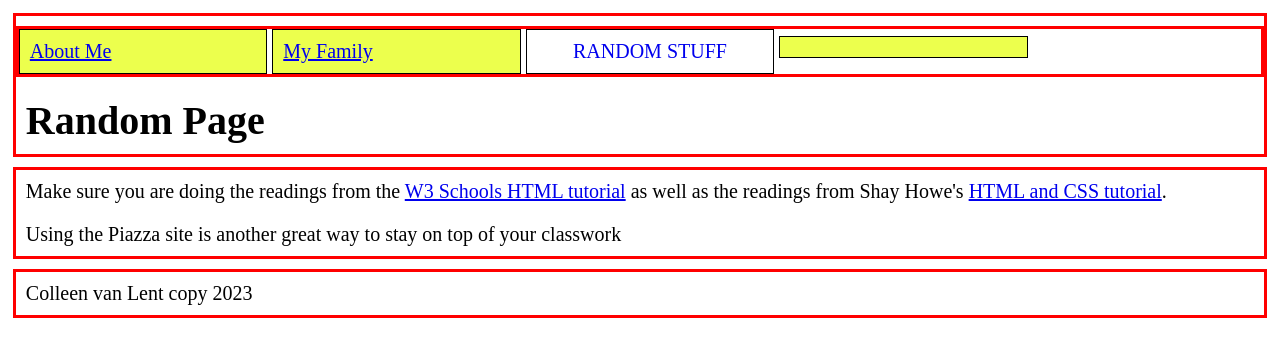
Repository: lulyany/hw1-2023
Page: random.html
The author's editor kept a copy of each file at every save. The page is drawn from the files as they stood at one save, then again after a run of saves.
The browser window is 1280 px wide. The pictures show the whole page.

Above is the page before, as saved 2023-09-04 20:56:25.

### random.html
<!DOCTYPE html>
<html lang="en">
<head>
	<!--  TIP
	You will find any errors from the head section using the console. -->
	<meta charset="UTF-8">
	<meta name="viewport" content="width=device-width, initial-scale=1.0">
	<link rel="icon" href="images/favicon.ico">
	<link rel="stylesheet" href="css/reset.css">
	<link rel="stylesheet" href="css/style.css">
	<title>Random</title>
</head>

<body>
	<!-- header -->
	<header>
		<nav>
			<ul>
				<li><a href="index.html">About Me</a></li>
				<li><a href="family.html">My Family</a></li>
				<li class="active"><a href="random.html">Random Stuff</a></li>
				<li><a> </li>
			</ul>
		</nav>
	<h1>Random Page</h1>
	</header>

	<!-- main -->
	<main>
	<p>Make sure you are doing the readings from the <a href = "www.w3schools.com/html/">W3 Schools HTML
		tutorial</a> as well as the readings from Shay Howe's
		<a href = "https://learn.shayhowe.com/html-css/"> HTML and CSS tutorial</a>.
	</p>
	<p>Using the Piazza site is another great way to stay on top of your classwork</p>
	</main>

	<!-- footer -->
	<footer>
		<p>Colleen van Lent copy 2023</p>
	</footer>
</body>
</html>

### css/style.css
/*Add padding and margin to space out the page.
Make the font larger too.*/
body{
	margin:1%;
	font-size:125%;
}

/*Make the h1 heading bigger with a bold font*/
h1{
	font-size: 2em;
	font-weight: bold;
}

.active{
	background: white;
    text-transform: uppercase;
	text-align: center;
}

.active a{
	text-decoration: none;;
}

/*Style the images*/
img{
    height: 150px;
	width:auto;
    border: 3px solid blue;
    padding: 25px;
    border-radius: 20px;
    margin: 5px;
	margin-left: 10%
}

/*Make the h2 heading match h1*/
h2{
	font-size: 2em;
	font-weight: bold;
}

/*Improve the spacing for paragraphs AND headings*/
p, h1, h2 {
    padding: 10px;
}

/*Add borders around the main components and some
space too*/
header, nav, main, footer{
	border: 3px solid red;
	margin: 10px 0;
}


/*Change the styling for all of the list
items in the nav section*/
nav ul li{
	background-color: #ECFF4D;
	padding:10px;
	width:25%;
	border:1px solid black;
	display: inline-block;
	width: 20%;
}

/*Added this so the links stay the same color*/
a:visited{color:#0000FF}

Loaded but not shown: css/reset.css (common file)

After the next 3 saves:
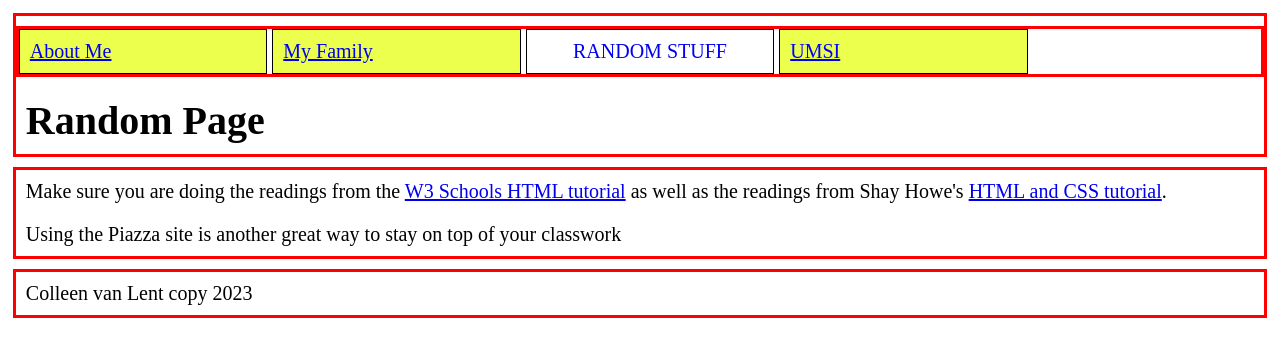
The 3 saves are shown as one change because they came seconds apart.
The last was saved 9 s later.
--- a/random.html
+++ b/random.html
@@ -19,7 +19,7 @@
 				<li><a href="index.html">About Me</a></li>
 				<li><a href="family.html">My Family</a></li>
 				<li class="active"><a href="random.html">Random Stuff</a></li>
-				<li><a> </li>
+				<li><a href="">UMSI</a> </li>
 			</ul>
 		</nav>
 	<h1>Random Page</h1>
